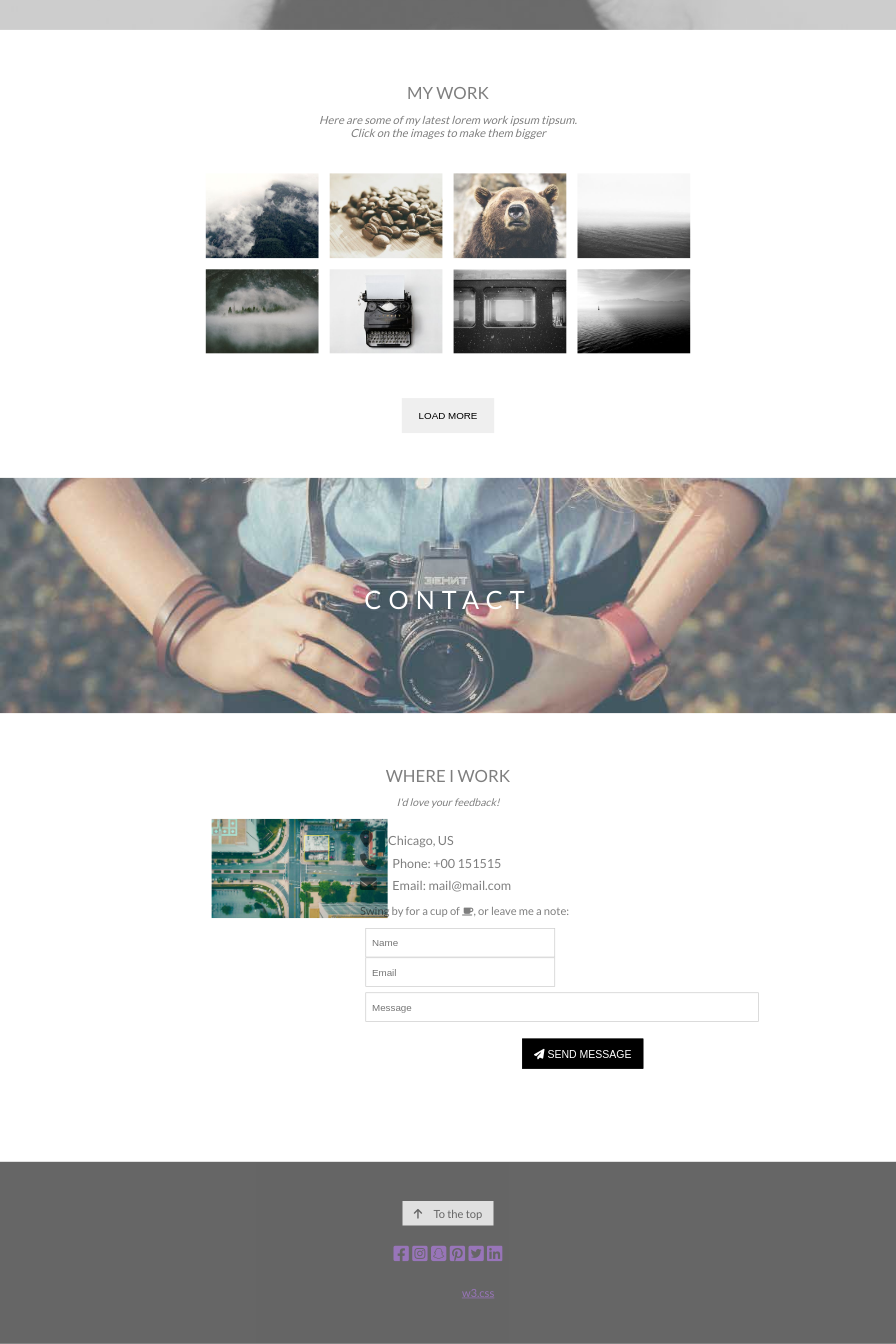
Repository: xd25vn/project-error
Page: index.html
The author's editor kept a copy of each file at every save. The page is drawn from the files as they stood at one save, then again after the next save.
The browser window is 1280 px wide. The pictures show the part of the page from y = 2244 to 4164 px (the page is 4164 px tall), at 70% of full size.

Above is the page before, as saved 2023-09-03 19:48:58.

After the next save:
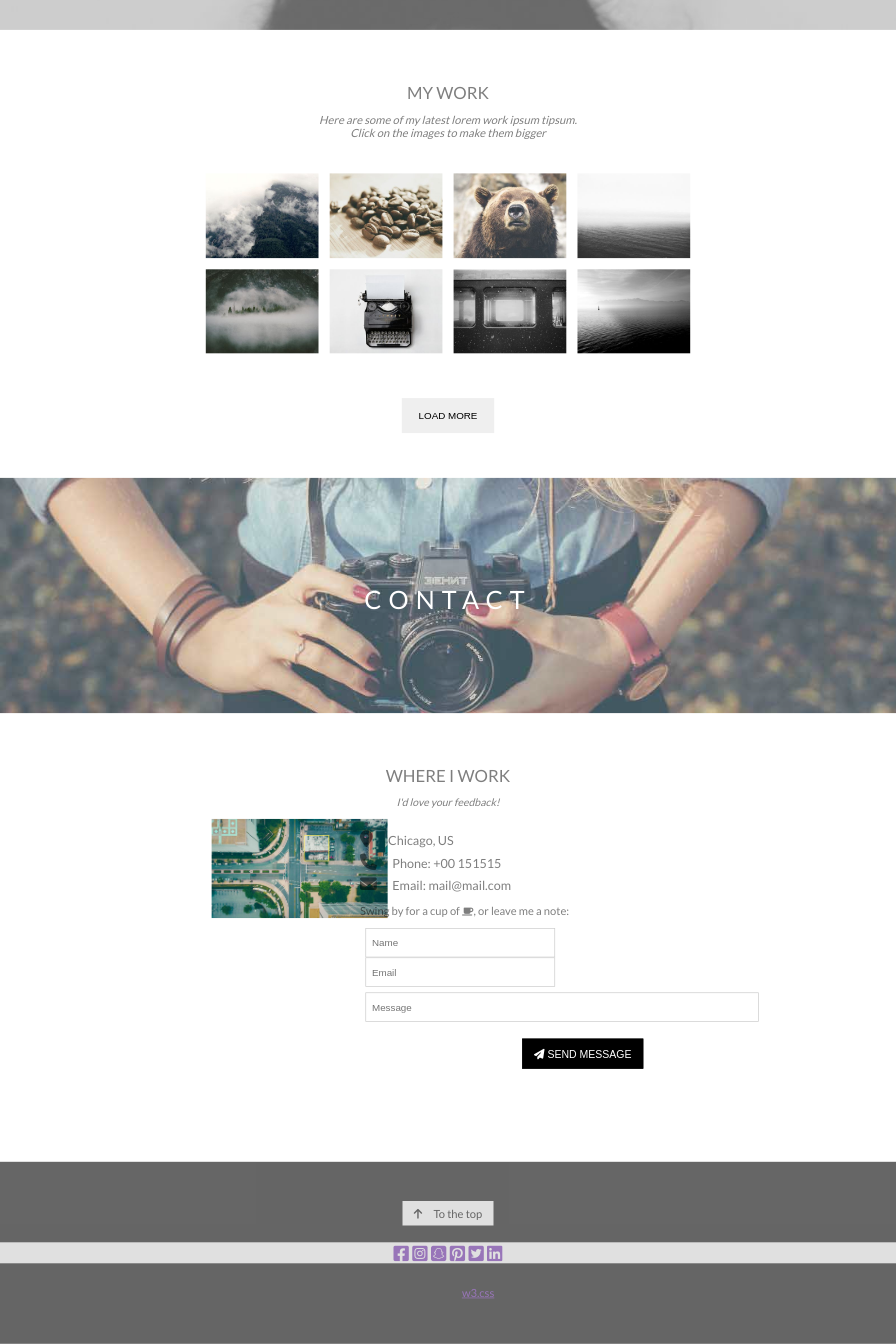
Saved 14 s later.
--- a/assets/main.css
+++ b/assets/main.css
@@ -474,6 +474,7 @@
     margin: 32px 0px;
     color: #ccc;
     font-size: 25px;
+    background-color: #ccc;
 }
 
 #footer

After the save that followed:
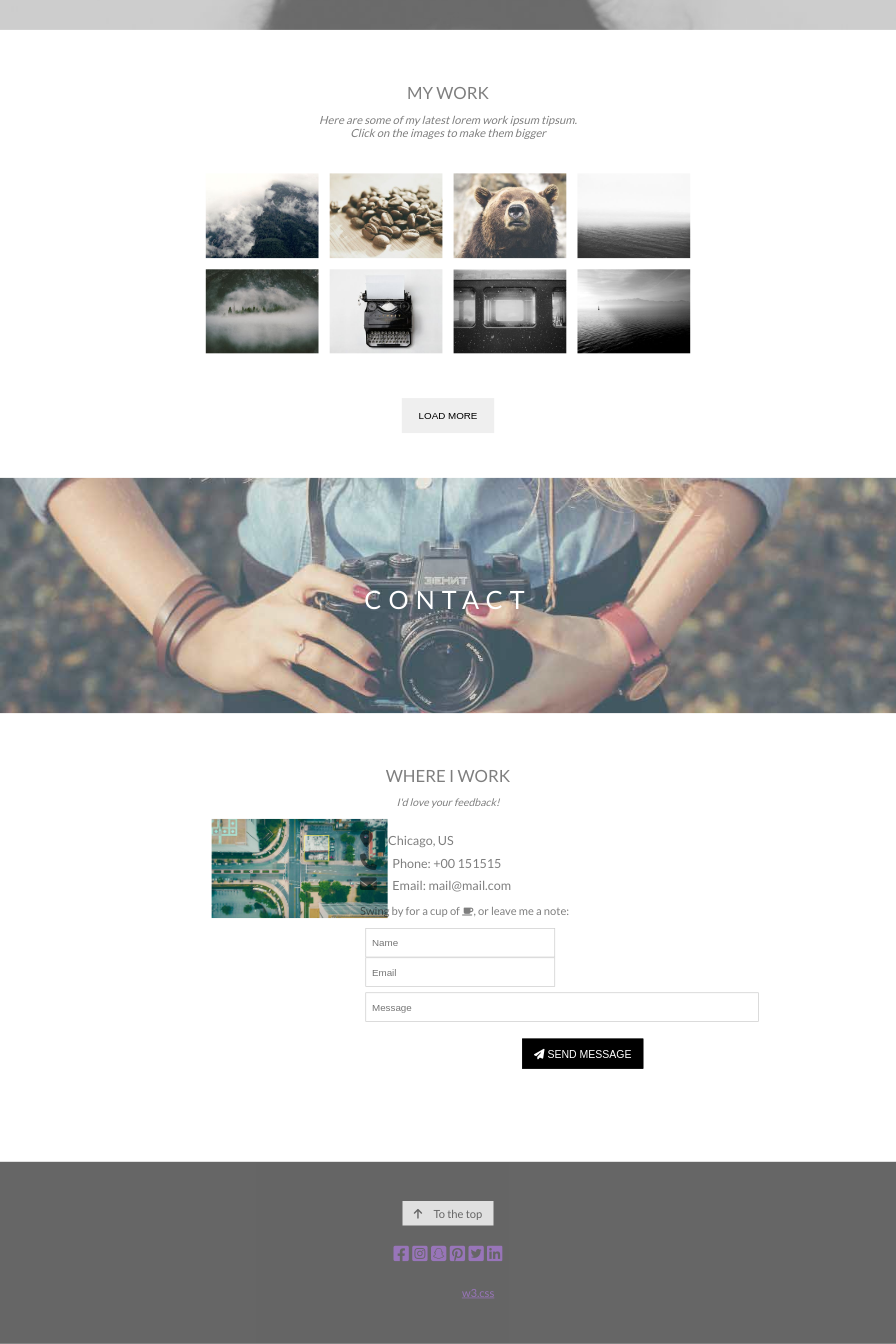
Saved 4 s later.
--- a/assets/main.css
+++ b/assets/main.css
@@ -474,7 +474,6 @@
     margin: 32px 0px;
     color: #ccc;
     font-size: 25px;
-    background-color: #ccc;
 }
 
 #footer
